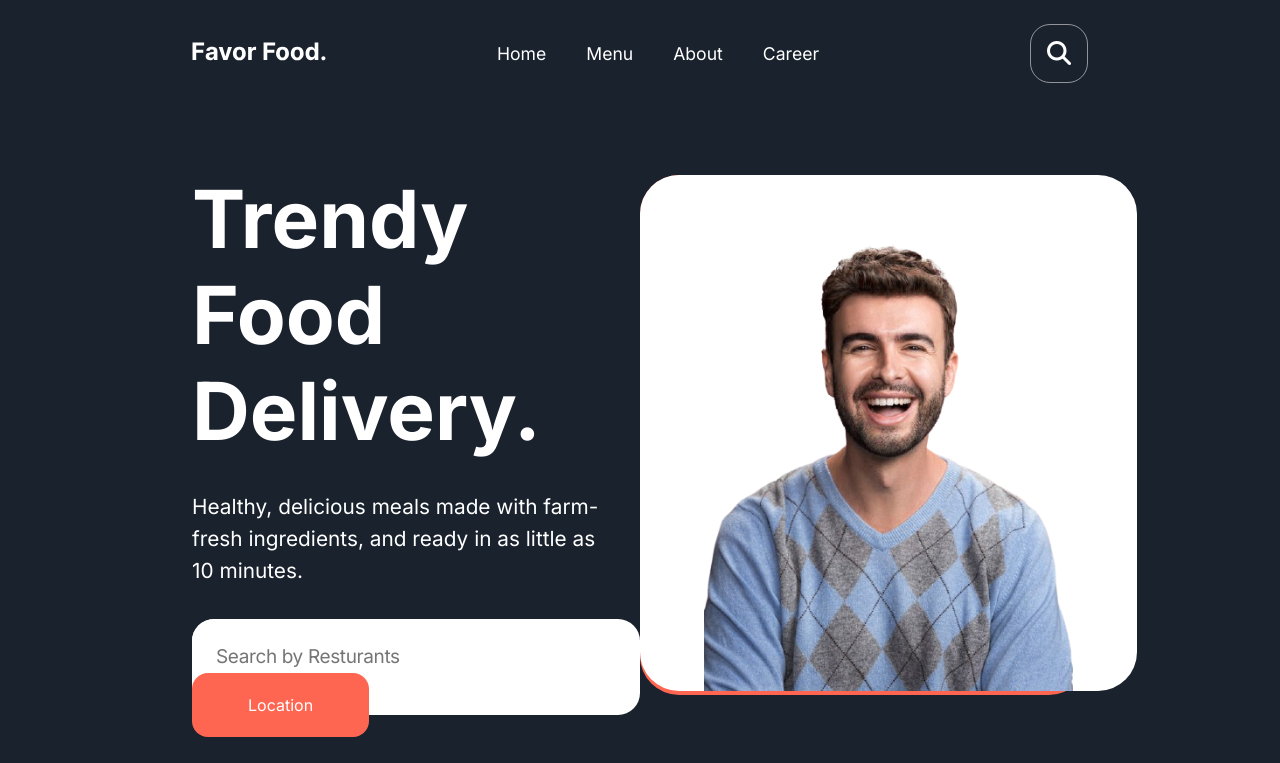
Repository: badhon252/favor-food
Page: index.html
An editor plug-in stored every save of this project. The page is shown before and after the next save, followed by the edit.
The browser window is 1280 px wide. The pictures show the whole page.
The style sheet was rebuilt from its Sass, Less or Tailwind sources for each picture, by a compiler version that may differ from the author's.

Above is the page before, as saved 2022-09-10 16:31:40.

After the next save:
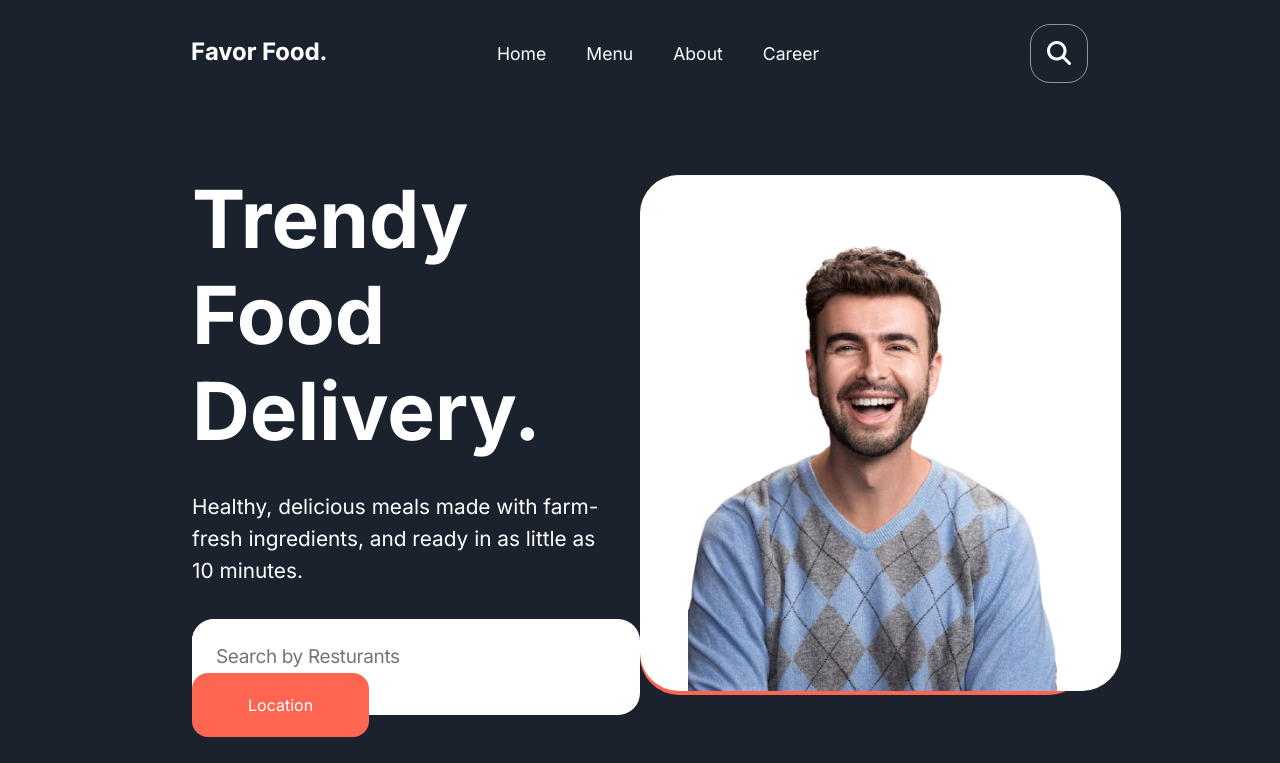
Saved 2 min 15 s later.
--- a/scss/style.scss
+++ b/scss/style.scss
@@ -123,6 +123,7 @@ header {
         padding: 0 4rem;
         border-radius: 39px;
         position: relative;
+        padding-left: 3rem;
         // &:hover {
         //   margin: -2rem -2rem auto auto;
         // }
